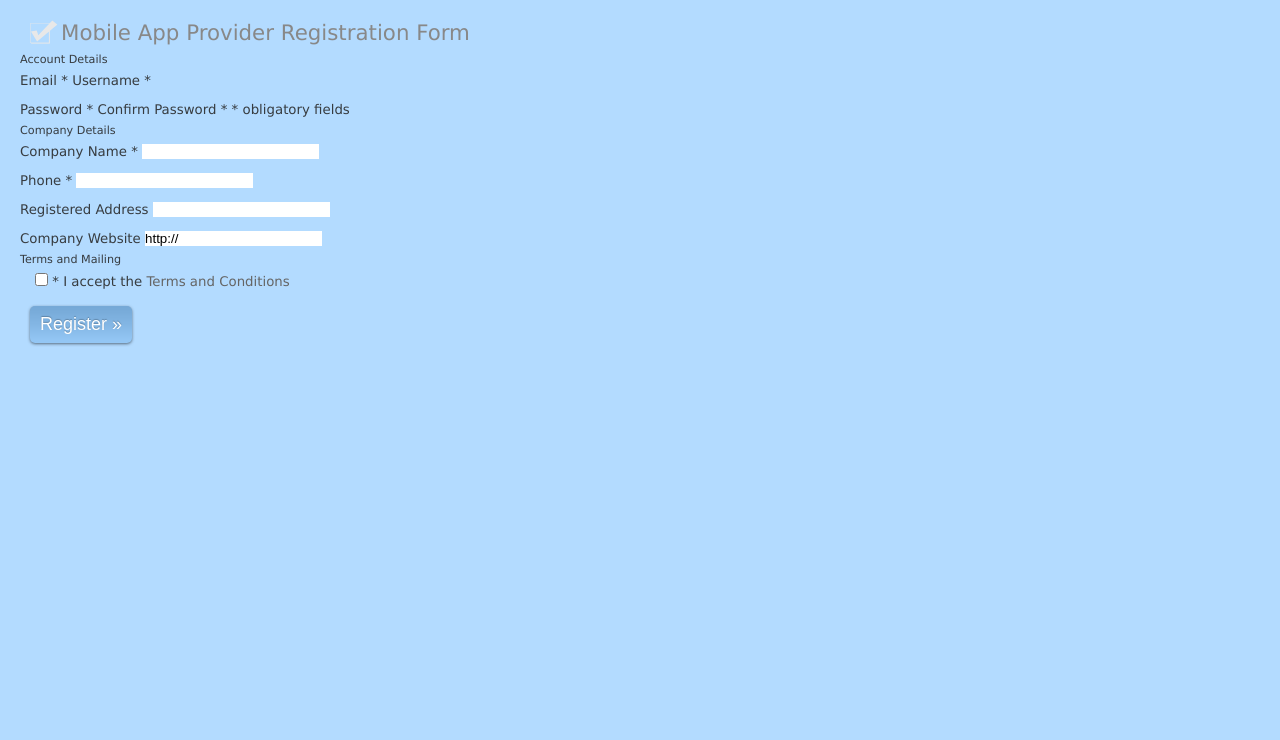
Repository: Bindu1006/CrowdTester
Page: http://localhost/CrowdTesterProject/jsp/AppProviderRegistrationPage.jsp
An editor plug-in stored every save of this project. The page is shown before and after the next save, followed by the edit.
The browser window is 1280 px wide. The pictures show the whole page.
The page is served by Tomcat 9.

Above is the page before, as saved 2015-11-25 00:38:30.

After the next save:
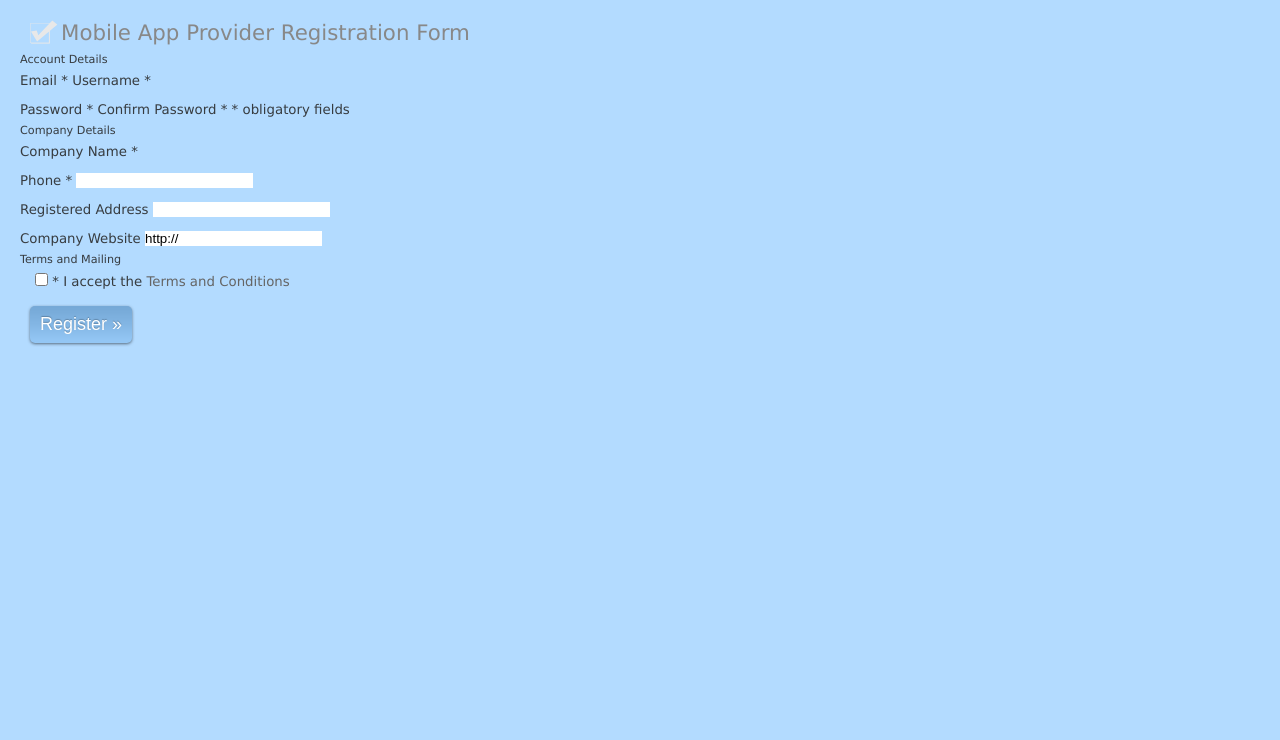
Saved 53 s later.
--- a/CrowdTesterProject/WebContent/jsp/AppProviderRegistrationPage.jsp
+++ b/CrowdTesterProject/WebContent/jsp/AppProviderRegistrationPage.jsp
@@ -36,7 +36,7 @@
                 <p>
                     <label>Company Name *
                     </label>
-                    <input type="text" class="long"/>
+                    <form:input path="companyName" placeholder="Company"/>
                 </p>
 
                 <p>
